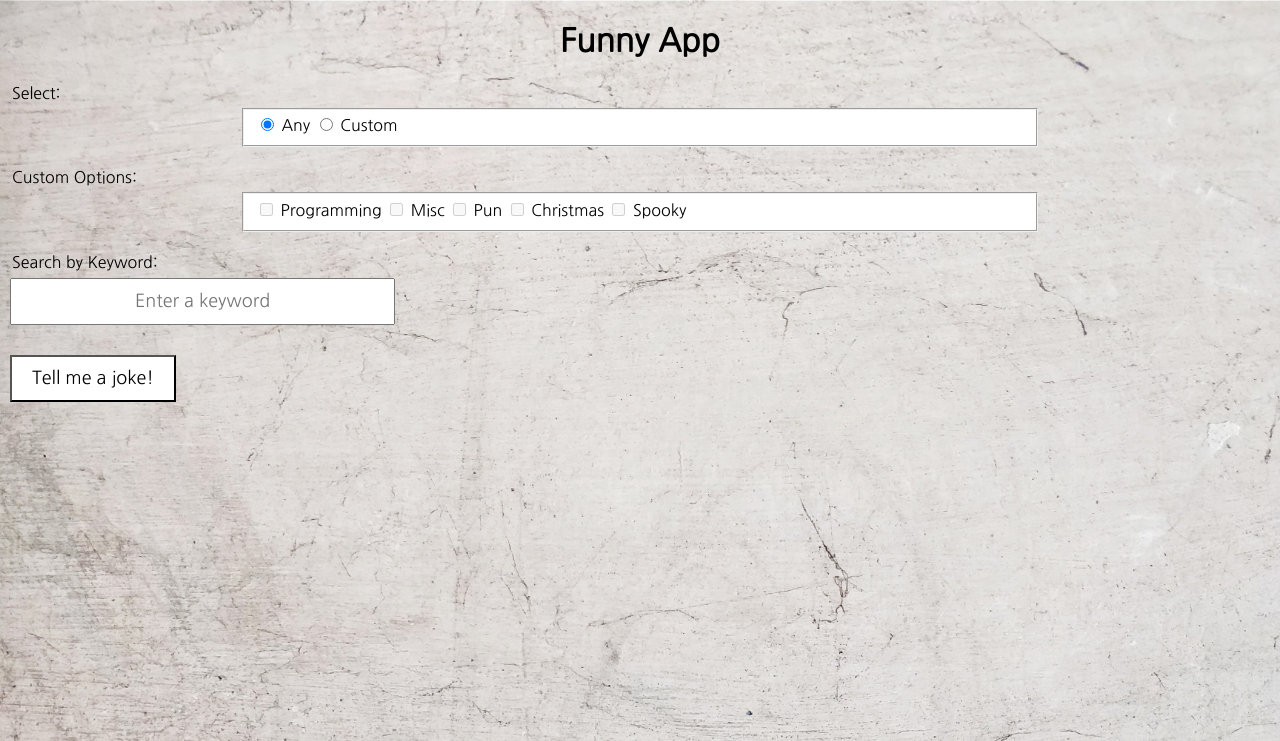
Repository: kaitlynMidori/dadJokeApi
Page: index.html
The author's editor kept a copy of each file at every save. The page is drawn from the files as they stood at one save, then again after the next save.
The browser window is 1280 px wide. The pictures show the whole page.
Some web libraries are served in a nearby version.

Above is the page before, as saved 2021-01-08 12:28:19.

After the next save:
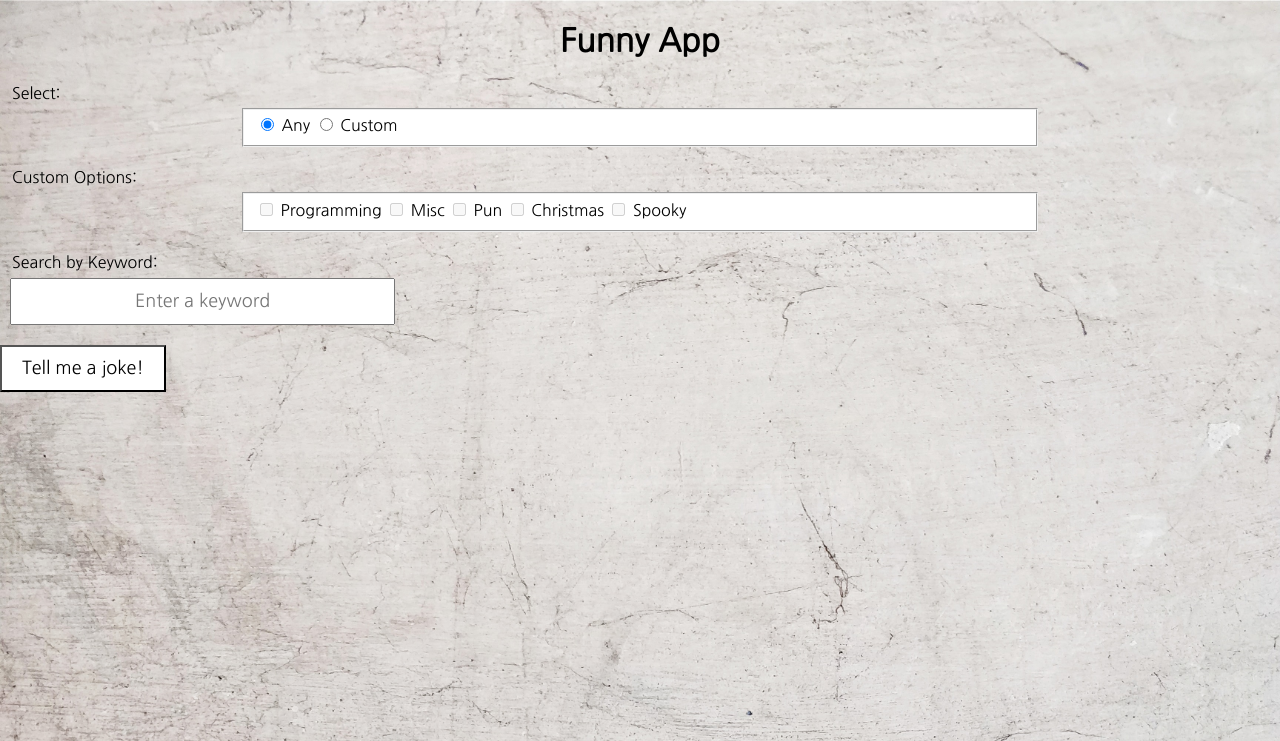
Saved 7 s later.
--- a/style.css
+++ b/style.css
@@ -25,8 +25,9 @@ h1 {
 
 button{
     background-color: white;
-    margin-top: 10px;
-    margin-left: 10px;
+    justify-content: center;
+    margin-left: auto;
+    margin-right: auto;
     height: auto;
     font-size: 18px;
     font-weight: 500;
